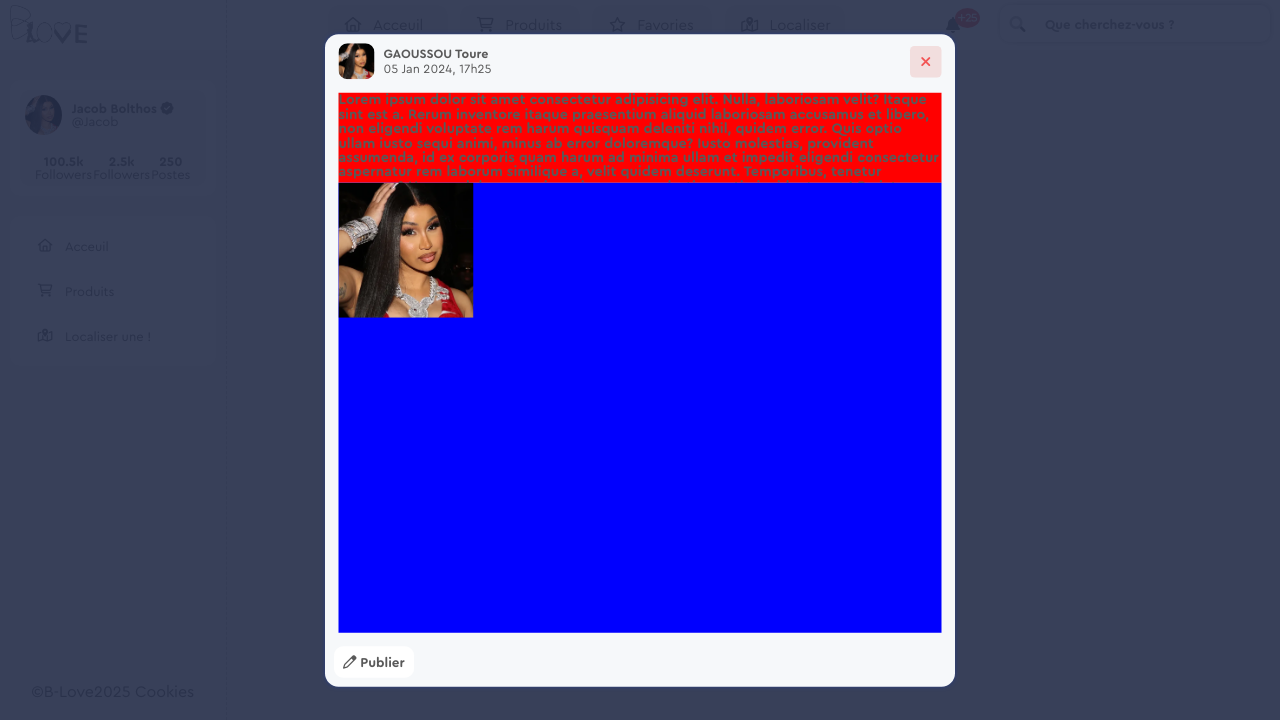
Repository: moomoony-log/b-love
Page: /home
An editor plug-in stored every save of this project. The page is shown before and after the next save, followed by the edit.
The browser window is 1280 px wide. The pictures show the whole page.
The project was rebuilt for these pictures with package versions that can differ from the ones it lists, and the page was loaded fresh each time. Also part of the build but not shown: vite.config.ts, src/rules/legacy.tsx, src/rules/privacy.tsx, src/components/basic/notification.tsx, src/view/auth.tsx, src/view/main/acceuil.tsx, src/view/main/dashbord.tsx, src/view/main/info-account.tsx and 3 more.

Above is the page before, as saved 2025-10-15 14:39:28.

After the next save:
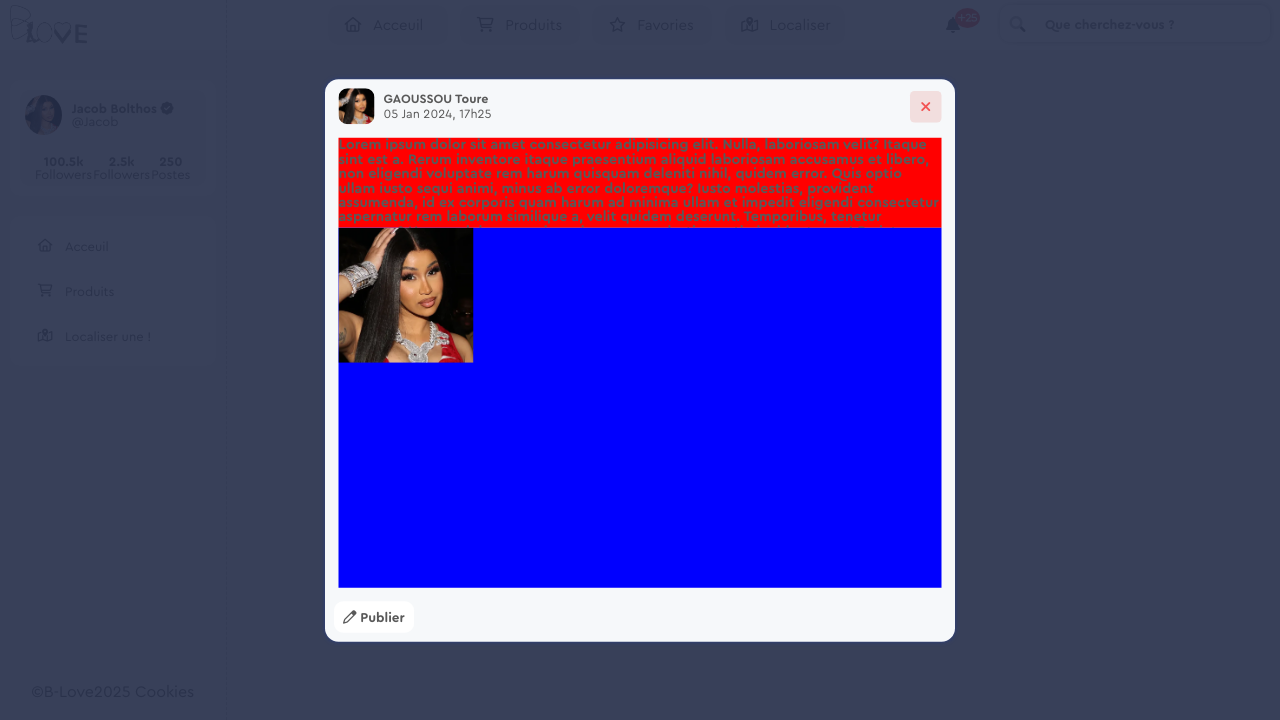
Saved 10 s later.
--- a/public/css/component/modals/pubItem.css
+++ b/public/css/component/modals/pubItem.css
@@ -12,7 +12,7 @@
     overflow-y: hidden;
     overflow-x: auto;
     background-color: blue;
-    height: 500px;
+    height: 400px;
 }
 .modal[data-name="pub-item"] .body .about-pub{
     width: 100%;
